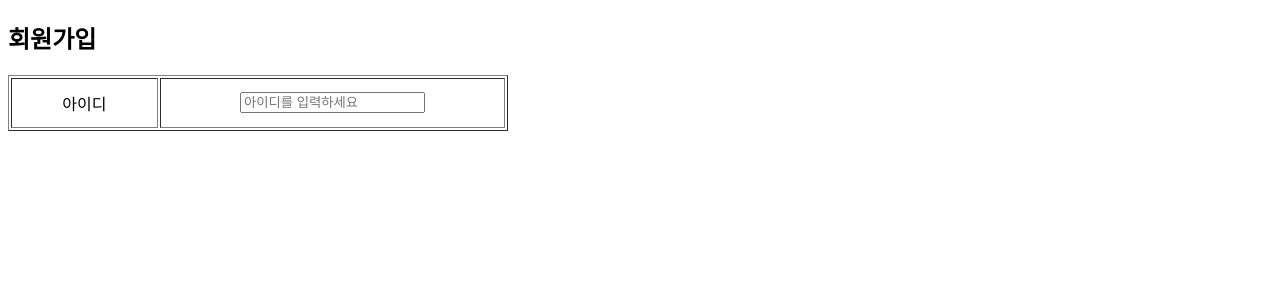
Repository: junirang330/Jsp2026
Page: http://localhost/chapter01/Request/Requestjoin.jsp
These files come from the project's save history. The page is drawn as it stood at one moment and after the next save; the edit follows.
The browser window is 1280 px wide. The pictures show the whole page.
The page is served by Tomcat 9.

Above is the page before, as saved 2026-10-19 06:34:27.

### chapter01/src/main/webapp/Request/Requestjoin.jsp
<%@ page language="java" contentType="text/html; charset=UTF-8"
    pageEncoding="UTF-8" import = "java.util.*" %>
<!DOCTYPE html>
<html>
<head>
<meta charset="UTF-8">
<title>회원가입</title>
</head>
<body>
	<div class="container02">
		<h2>회원가입</h2>
		<form action="RequestjoinProc.jsp" method = "post">
			<table width="500" border="1">
				<tr height = "50">
					<td align = "center" width = "150">아이디</td>
					<td align = "center" width = "350">
						<input type = "text" name = "id" placeholder = "아이디를 입력하세요"/>
					</td>

				</tr>
			</table>
		</form>
	</div>

</body>
</html>

After the next save:
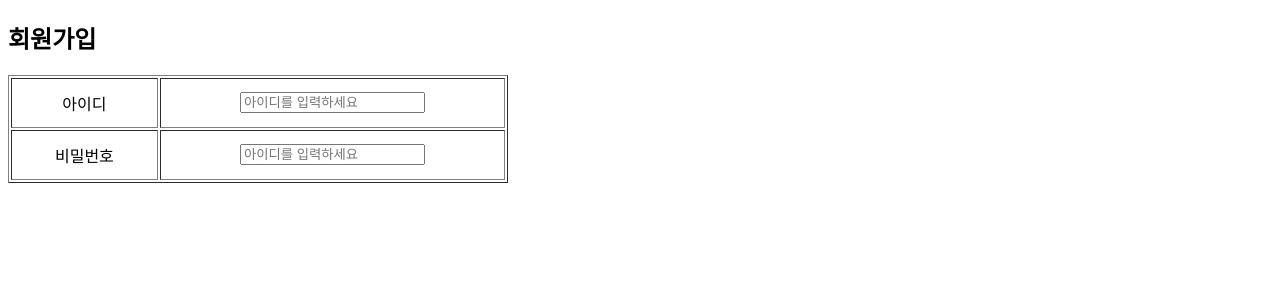
Saved 21 s later.
--- a/chapter01/src/main/webapp/Request/Requestjoin.jsp
+++ b/chapter01/src/main/webapp/Request/Requestjoin.jsp
@@ -16,6 +16,12 @@
 					<td align = "center" width = "350">
 						<input type = "text" name = "id" placeholder = "아이디를 입력하세요"/>
 					</td>
+				</tr>
+				<tr height = "50">
+					<td align = "center" width = "150">비밀번호</td>
+					<td align = "center" width = "350">
+						<input type = "password" name = "id" placeholder = "아이디를 입력하세요"/>
+					</td>
 
 				</tr>
 			</table>
